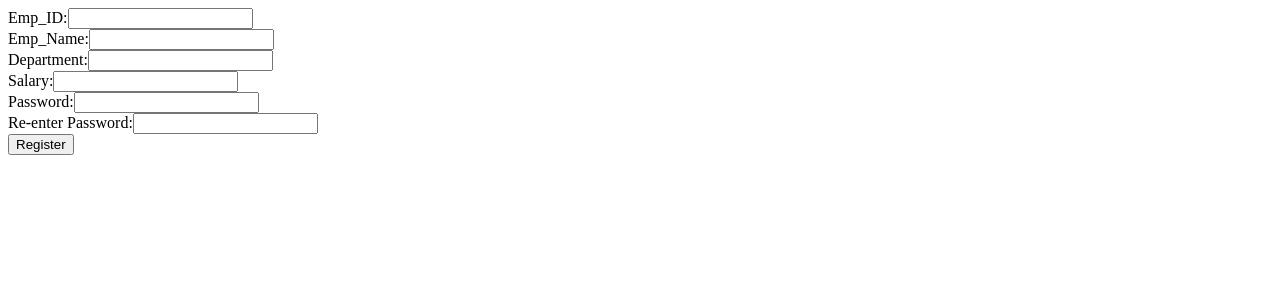
Repository: iamvinayhv/Hibernate
Page: http://localhost/HybernateHQLApp/view/register.jsp
These files come from the project's save history. The page is drawn as it stood at one moment and after the next save; the edit follows.
The browser window is 1280 px wide. The pictures show the whole page.
The page is served by Tomcat 9. Other server files are loaded and not shown.

Above is the page before, as saved 2017-03-20 09:55:18.

### HybernateHQLApp/WebContent/view/register.jsp
<%@ page language="java" contentType="text/html; charset=UTF-8"
    pageEncoding="UTF-8"%>
<!DOCTYPE html PUBLIC "-//W3C//DTD HTML 4.01 Transitional//EN" "http://www.w3.org/TR/html4/loose.dtd">
<html>
<head>
<meta http-equiv="Content-Type" content="text/html; charset=UTF-8">
<title>Insert title here</title>
</head>
<body>

<form action="register" method="post">
Emp_ID:<input type="number" name="name"><br/>
Emp_Name:<input type="text" name="name"><br/>
Department:<input type="text" name="dept"><br/>
Salary:<input type="number" name="mail"><br/>
Password:<input type="password" name="pwd"><br/>
Re-enter Password:<input type="password" name="cpwd"><br/>
<input type="submit" value="Register"><br/>


</form>

</body>
</html>

After the next save:
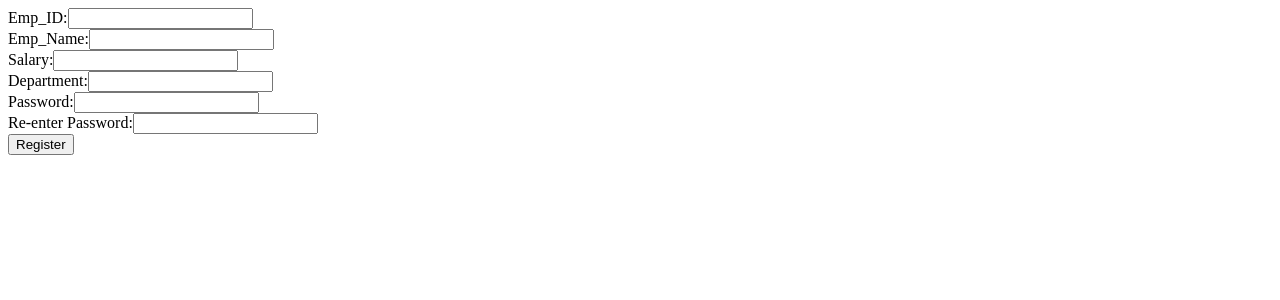
Saved 35 s later.
--- a/HybernateHQLApp/WebContent/view/register.jsp
+++ b/HybernateHQLApp/WebContent/view/register.jsp
@@ -11,8 +11,8 @@
 <form action="register" method="post">
 Emp_ID:<input type="number" name="name"><br/>
 Emp_Name:<input type="text" name="name"><br/>
+Salary:<input type="number" name="mail"><br/>
 Department:<input type="text" name="dept"><br/>
-Salary:<input type="number" name="mail"><br/>
 Password:<input type="password" name="pwd"><br/>
 Re-enter Password:<input type="password" name="cpwd"><br/>
 <input type="submit" value="Register"><br/>
